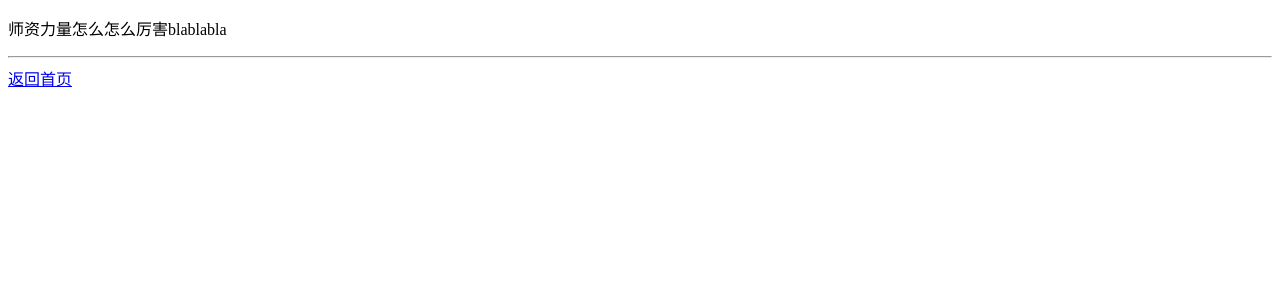
Repository: hbisheng/Academic-portal-website
Page: http://localhost/NewInfo/intro.jsp
These files come from the project's save history. The page is drawn as it stood at one moment and after the next save; the edit follows.
The browser window is 1280 px wide. The pictures show the whole page.
The page is served by Tomcat 9.

Above is the page before, as saved 2014-09-20 09:40:31.

After the next save:
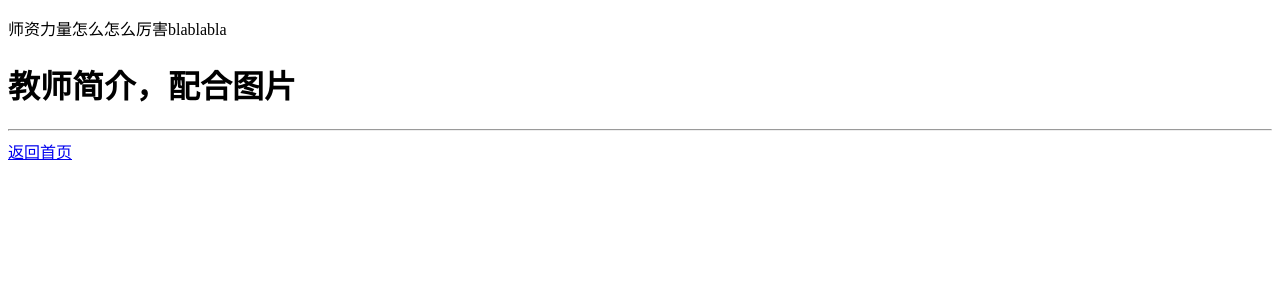
Saved 3 h 3 min later.
--- a/Java_info/NewInfo/WebContent/intro.jsp
+++ b/Java_info/NewInfo/WebContent/intro.jsp
@@ -9,7 +9,7 @@
 <body>
 
 <p>师资力量怎么怎么厉害blablabla</p>
-
+<h1>教师简介，配合图片</h1>
 
 <hr><a href="home.jsp">返回首页</a>
 </body>
